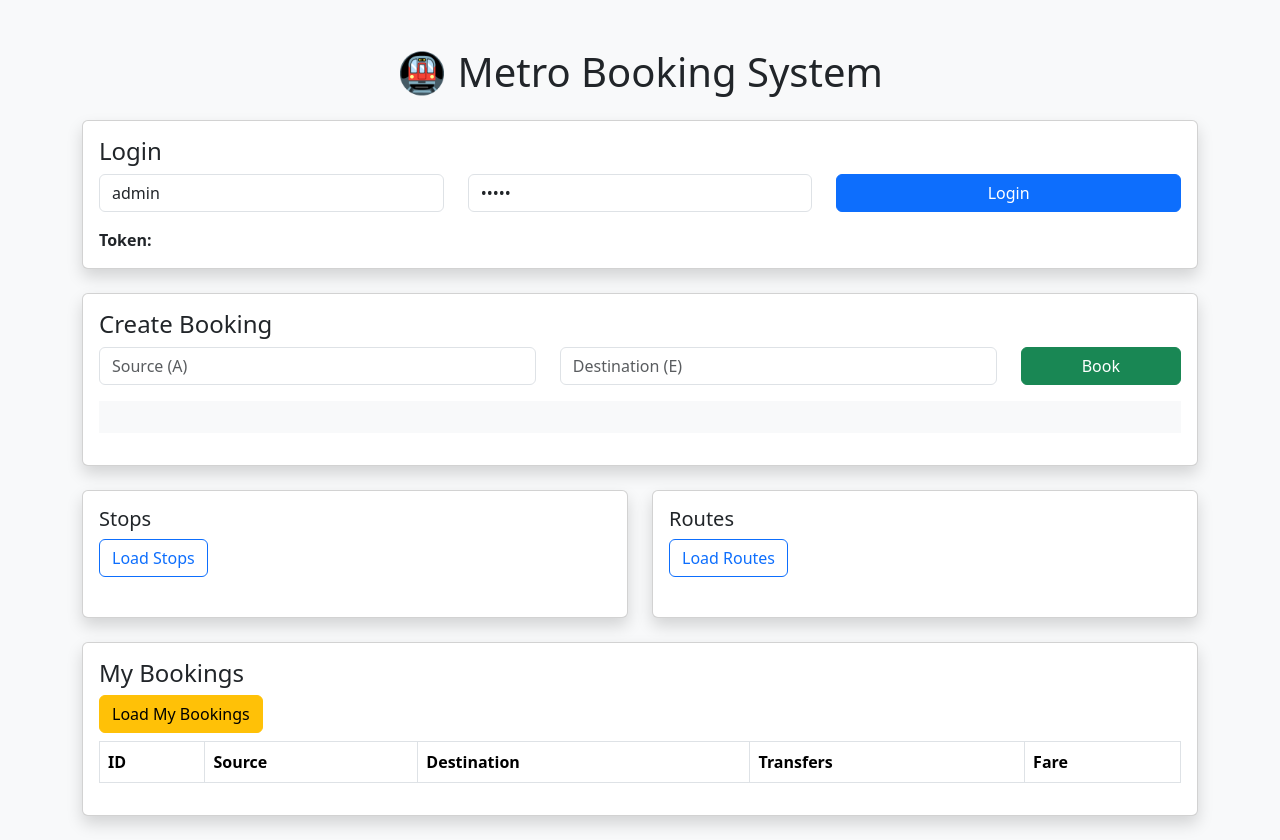
Repository: aksah72/Metro-Booking-System
Page: MetroBookingService/ui/index.html
An editor plug-in stored every save of this project. The page is shown before and after the next save, followed by the edit.
The browser window is 1280 px wide. The pictures show the whole page.

Above is the page before, as saved 2026-02-21 12:36:42.

### MetroBookingService/ui/index.html
<!DOCTYPE html>
<html>
<head>
    <title>Metro Booking System</title>

    <!-- Bootstrap CDN -->
    <link href="https://cdn.jsdelivr.net/npm/bootstrap@5.3.2/dist/css/bootstrap.min.css" rel="stylesheet">
    <script src="https://cdnjs.cloudflare.com/ajax/libs/qrcodejs/1.0.0/qrcode.min.js"></script>
</head>

<body class="bg-light">

<div class="container mt-5">

    <h1 class="text-center mb-4">🚇 Metro Booking System</h1>

    <!-- Login Card -->
    <div class="card shadow mb-4">
        <div class="card-body">
            <h4>Login</h4>

            <div class="row">
                <div class="col-md-4">
                    <input type="text" id="username" class="form-control" value="admin">
                </div>
                <div class="col-md-4">
                    <input type="password" id="password" class="form-control" value="admin">
                </div>
                <div class="col-md-4">
                    <button class="btn btn-primary w-100" onclick="login()">Login</button>
                </div>
            </div>

            <div class="mt-3">
                <strong>Token:</strong>
                <span id="tokenDisplay" class="text-success"></span>
            </div>
        </div>
    </div>

    <!-- Booking Card -->
    <div class="card shadow mb-4">
        <div class="card-body">
            <h4>Create Booking</h4>

            <div class="row">
                <div class="col-md-5">
                    <input type="text" id="source" class="form-control" placeholder="Source (A)">
                </div>
                <div class="col-md-5">
                    <input type="text" id="destination" class="form-control" placeholder="Destination (E)">
                </div>
                <div class="col-md-2">
                    <button class="btn btn-success w-100" onclick="createBooking()">Book</button>
                </div>
            </div>

            <div id="bookingAlert" class="mt-3"></div>

            <pre id="bookingResult" class="bg-light p-3 mt-3"></pre>

        </div>
    </div>

    <!-- Stops and Routes -->
    <div class="row">
        <div class="col-md-6">
            <div class="card shadow mb-4">
                <div class="card-body">
                    <h5>Stops</h5>
                    <button class="btn btn-outline-primary mb-2" onclick="getStops()">Load Stops</button>
                    <pre id="stopsResult"></pre>
                </div>
            </div>
        </div>

        <div class="col-md-6">
            <div class="card shadow mb-4">
                <div class="card-body">
                    <h5>Routes</h5>
                    <button class="btn btn-outline-primary mb-2" onclick="getRoutes()">Load Routes</button>
                    <pre id="routesResult"></pre>
                </div>
            </div>
        </div>
    </div>

    <!-- Booking History -->
<div class="card shadow mb-4">
    <div class="card-body">
        <h4>My Bookings</h4>
        <button class="btn btn-warning mb-2" onclick="getBookings()">Load My Bookings</button>

        <table class="table table-bordered">
            <thead>
                <tr>
                    <th>ID</th>
                    <th>Source</th>
                    <th>Destination</th>
                    <th>Transfers</th>
                    <th>Fare</th>
                </tr>
            </thead>
            <tbody id="bookingTable"></tbody>
        </table>
    </div>
</div>

</div>

<script>

let authToken = "";

async function login() {

    const username = document.getElementById("username").value;
    const password = document.getElementById("password").value;

    const response = await fetch("http://localhost:8080/login", {
        method: "POST",
        headers: {"Content-Type": "application/json"},
        body: JSON.stringify({ username, password })
    });

    const data = await response.json();

    if (data.token) {
        authToken = data.token;
        document.getElementById("tokenDisplay").innerText = authToken;
    } else {
        alert("Login Failed");
    }
}

async function createBooking() {

    const source = document.getElementById("source").value;
    const destination = document.getElementById("destination").value;

    const response = await fetch("http://localhost:8080/booking", {
        method: "POST",
        headers: {
            "Content-Type": "application/json",
            "Authorization": authToken
        },
        body: JSON.stringify({ source, destination })
    });

    const data = await response.json();

    const alertBox = document.getElementById("bookingAlert");

    if (data.error) {
        alertBox.innerHTML =
            `<div class="alert alert-danger">${data.error}</div>`;
    } else {
        alertBox.innerHTML =
            `<div class="alert alert-success">Booking Successful!</div>`;
    }

    document.getElementById("bookingResult").innerText =
        JSON.stringify(data, null, 2);
}

async function getStops() {
    const response = await fetch("http://localhost:8080/stops");
    const data = await response.json();
    document.getElementById("stopsResult").innerText =
        JSON.stringify(data, null, 2);
}

async function getRoutes() {
    const response = await fetch("http://localhost:8080/routes");
    const data = await response.json();
    document.getElementById("routesResult").innerText =
        JSON.stringify(data, null, 2);
}
async function getBookings() {

const response = await fetch("http://localhost:8080/bookings", {
    headers: {
        "Authorization": authToken
    }
});

const data = await response.json();

const table = document.getElementById("bookingTable");
table.innerHTML = "";

if (data.error) {
    alert(data.error);
    return;
}

data.forEach(b => {
    const row = `
        <tr>
            <td>${b.bookingId}</td>
            <td>${b.source}</td>
            <td>${b.destination}</td>
            <td>${b.transfers}</td>
            <td>₹ ${b.fare}</td>
        </tr>
    `;
    table.innerHTML += row;
});
}

</script>

</body>
</html>

After the next save:
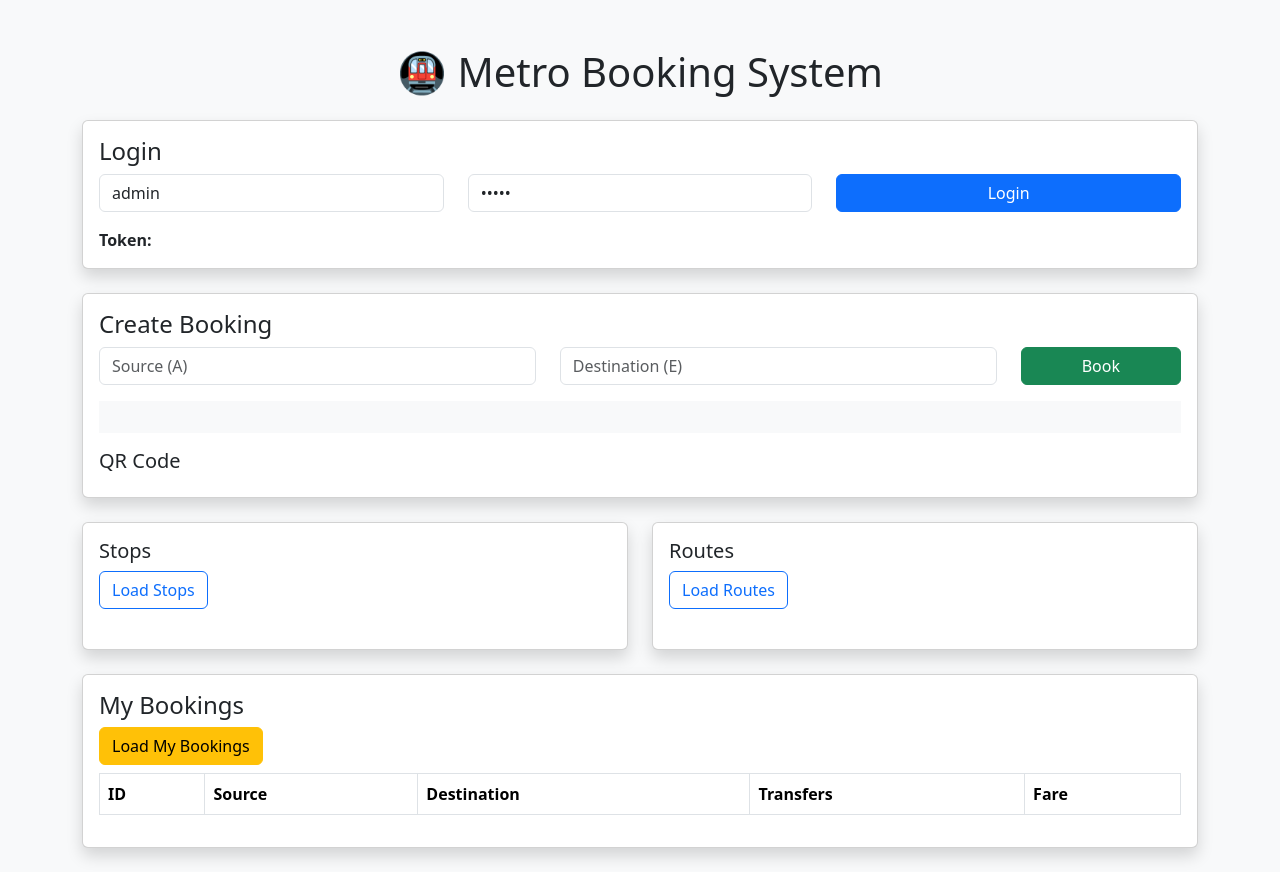
Saved 10 s later.
--- a/MetroBookingService/ui/index.html
+++ b/MetroBookingService/ui/index.html
@@ -58,7 +58,10 @@
             <div id="bookingAlert" class="mt-3"></div>
 
             <pre id="bookingResult" class="bg-light p-3 mt-3"></pre>
-
+            <div class="mt-3">
+                <h5>QR Code</h5>
+                <div id="qrContainer"></div>
+            </div>
         </div>
     </div>
 
